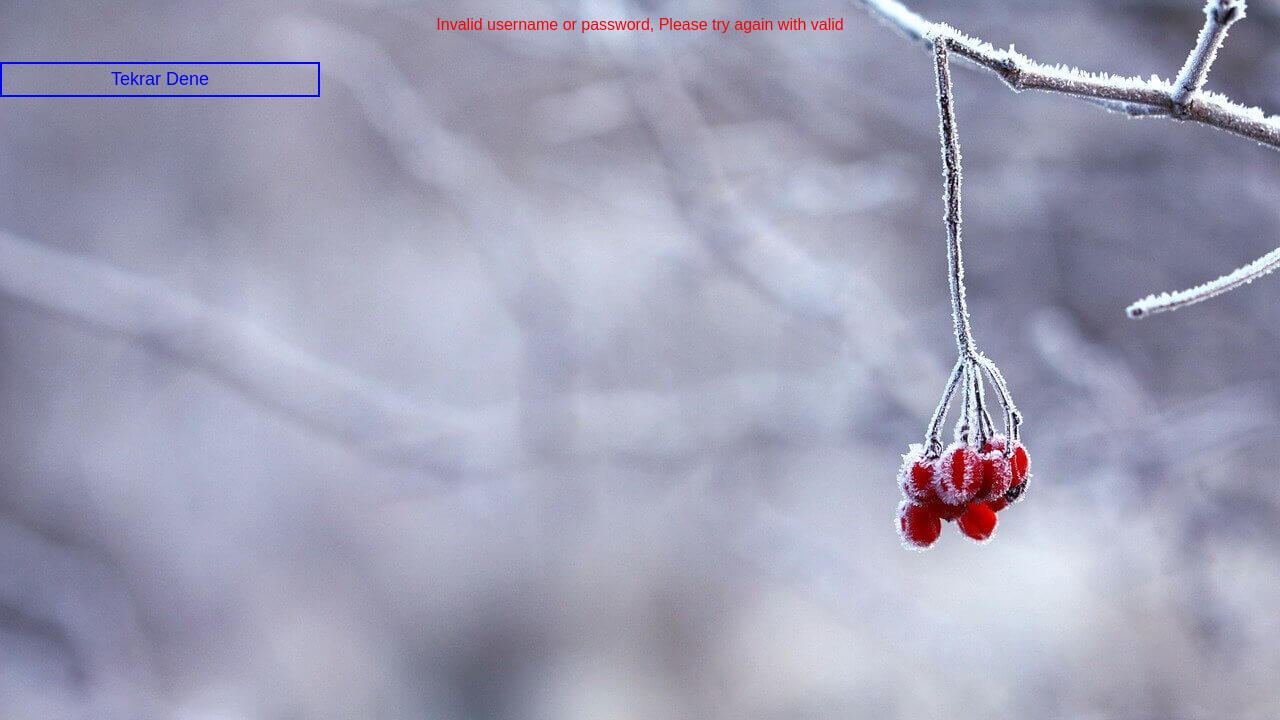
Repository: Berilinanir/Login-Logout-System
Page: Loginn/WebContent/error.html
These files come from the project's save history. The page is drawn as it stood at one moment and after the next save; the edit follows.
The browser window is 1280 px wide. The pictures show the whole page.

Above is the page before, as saved 2018-10-14 12:45:51.

After the next save:
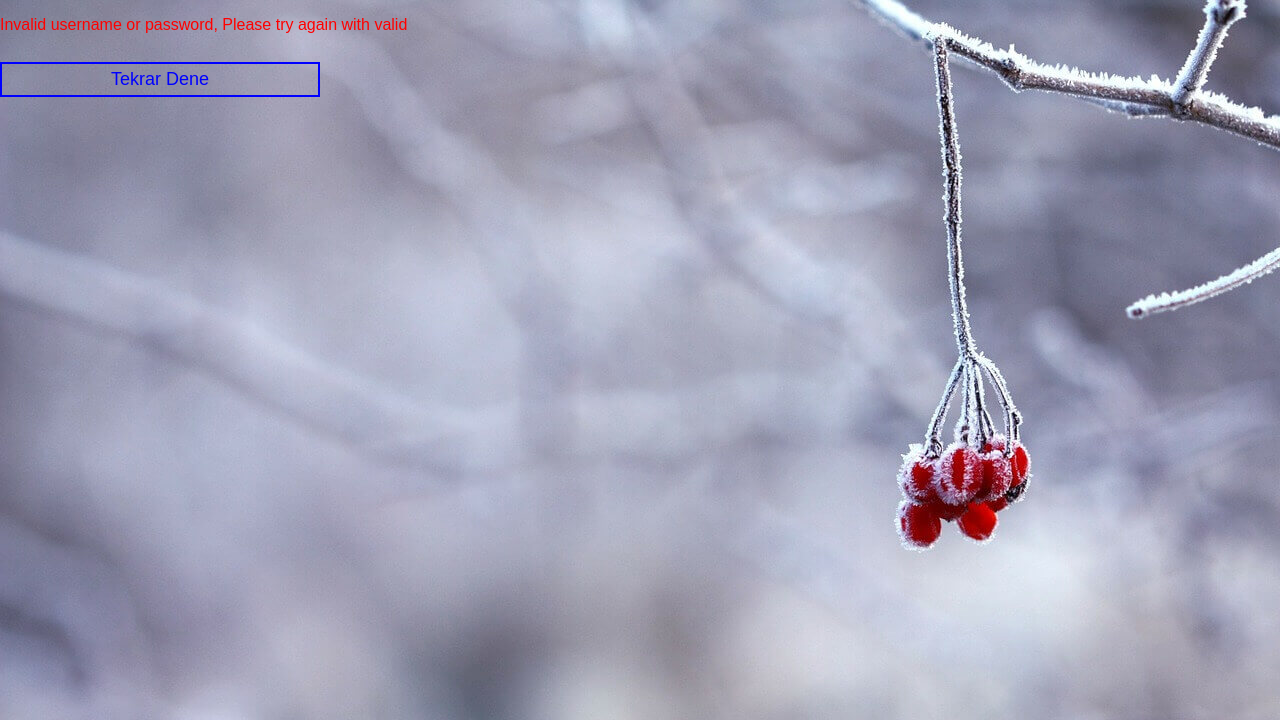
Saved 24 s later.
--- a/Loginn/WebContent/error.html
+++ b/Loginn/WebContent/error.html
@@ -16,7 +16,7 @@
 
 
 
-<p style="color:red" align="center"  >Invalid username or password, Please try again with valid </p>
+<p style="color:red" align="left"  >Invalid username or password, Please try again with valid </p>
 
 
 
